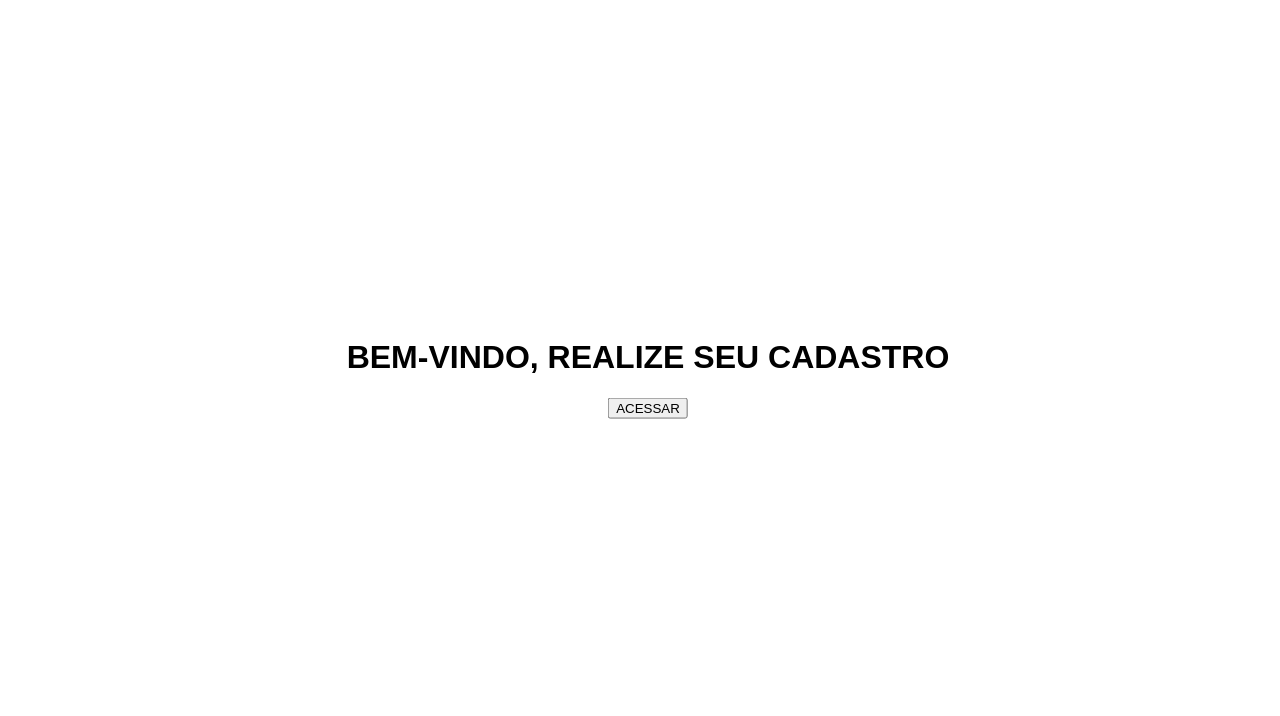
Repository: ohenriquesouza/HospitalCRUD-using-JavaEE
Page: JSP_test/src/main/webapp/index.html
An editor plug-in stored every save of this project. The page is shown before and after the next save, followed by the edit.
The browser window is 1280 px wide. The pictures show the whole page.

Above is the page before, as saved 2022-12-26 19:55:06.

After the next save:
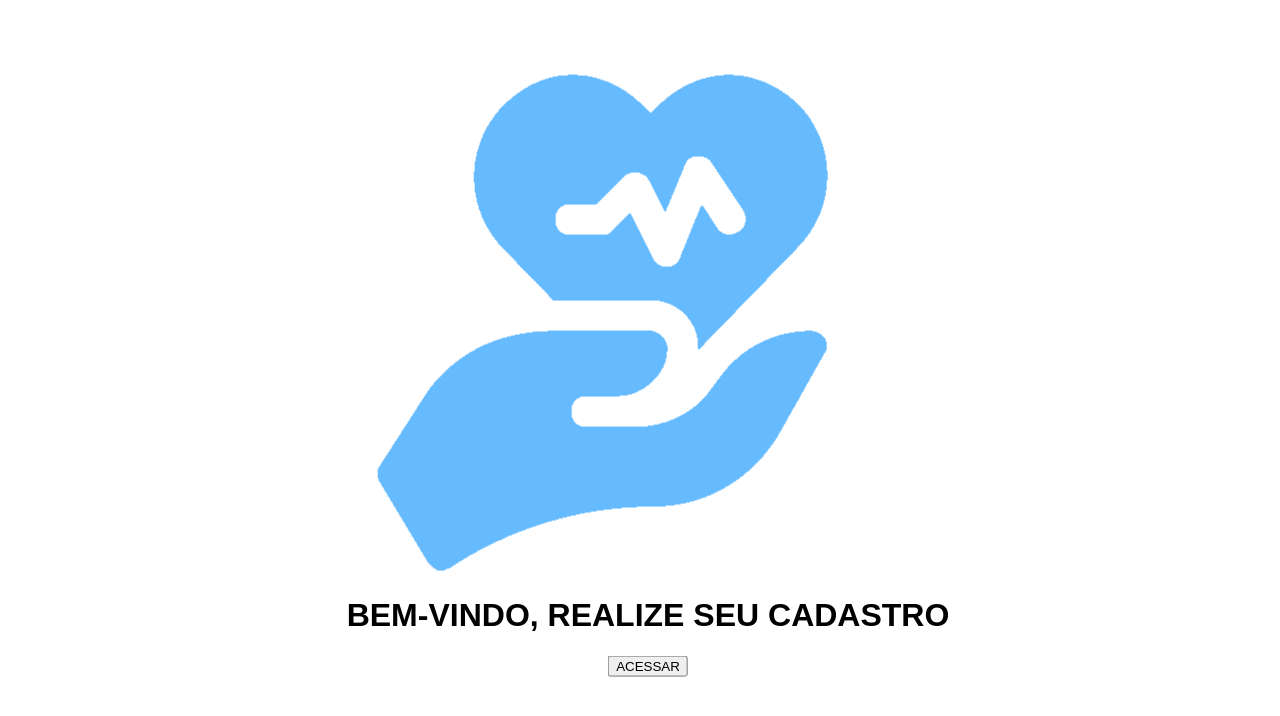
Saved 32 s later.
--- a/JSP_test/src/main/webapp/index.html
+++ b/JSP_test/src/main/webapp/index.html
@@ -19,7 +19,8 @@
     </style>
 </head>
     <body>
-      <h1>BEM-VINDO, REALIZE SEU CADASTRO</h1>
-      <center><a href="cadastro.html"><button>ACESSAR</button></a></center>
+    	<img src="imgs/saudeicon.png">
+      	<h1>BEM-VINDO, REALIZE SEU CADASTRO</h1>
+      	<center><a href="cadastro.html"><button>ACESSAR</button></a></center>
     </body>
 </html>

After the 2 saves that followed:
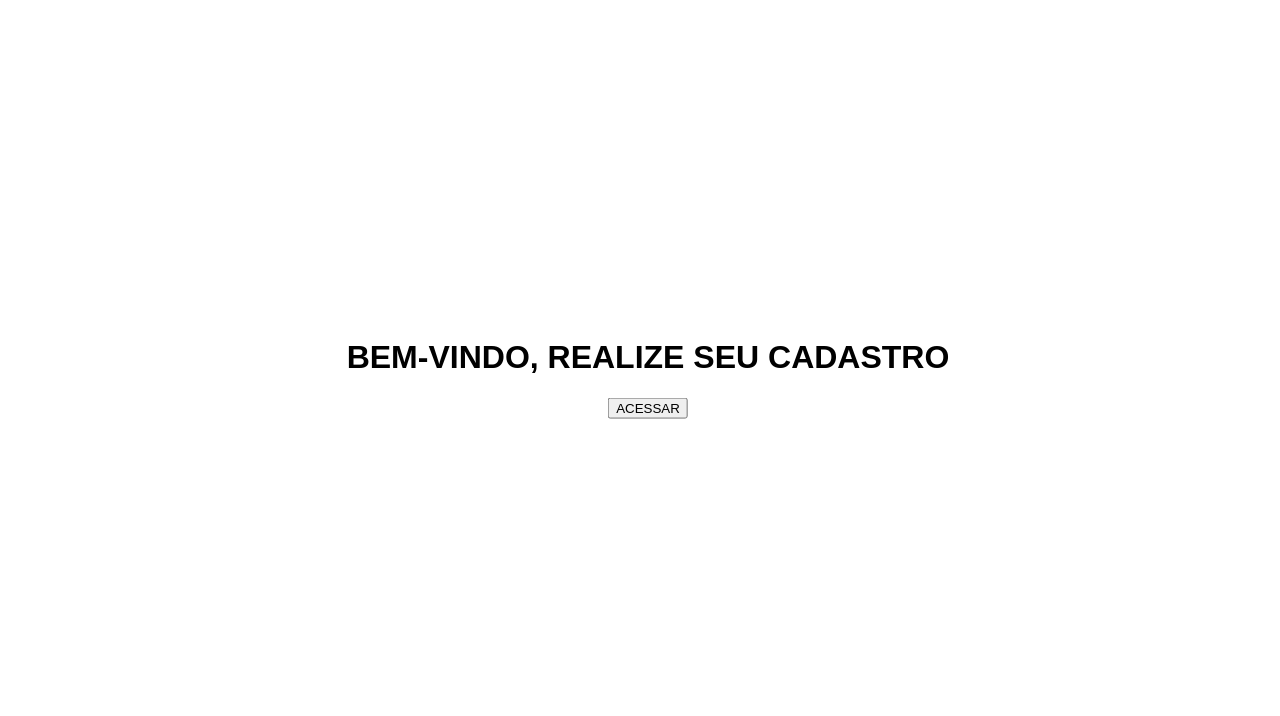
The 2 saves are shown as one change because 1 left the picture as it was.
The last was saved 2 min 48 s later.
--- a/JSP_test/src/main/webapp/index.html
+++ b/JSP_test/src/main/webapp/index.html
@@ -5,7 +5,7 @@
     <meta http-equiv="X-UA-Compatible" content="IE=edge">
     <meta name="viewport" content="width=device-width, initial-scale=1.0">
     <title>Document</title>
-    <link rel="icon" href="imgs/saudeicon.png">
+    <link rel="icon" href="imgs/usericon.png">
     <link rel="stylesheet" href="style.css">
     <style>
         body{
@@ -19,7 +19,6 @@
     </style>
 </head>
     <body>
-    	<img src="imgs/saudeicon.png">
       	<h1>BEM-VINDO, REALIZE SEU CADASTRO</h1>
       	<center><a href="cadastro.html"><button>ACESSAR</button></a></center>
     </body>
